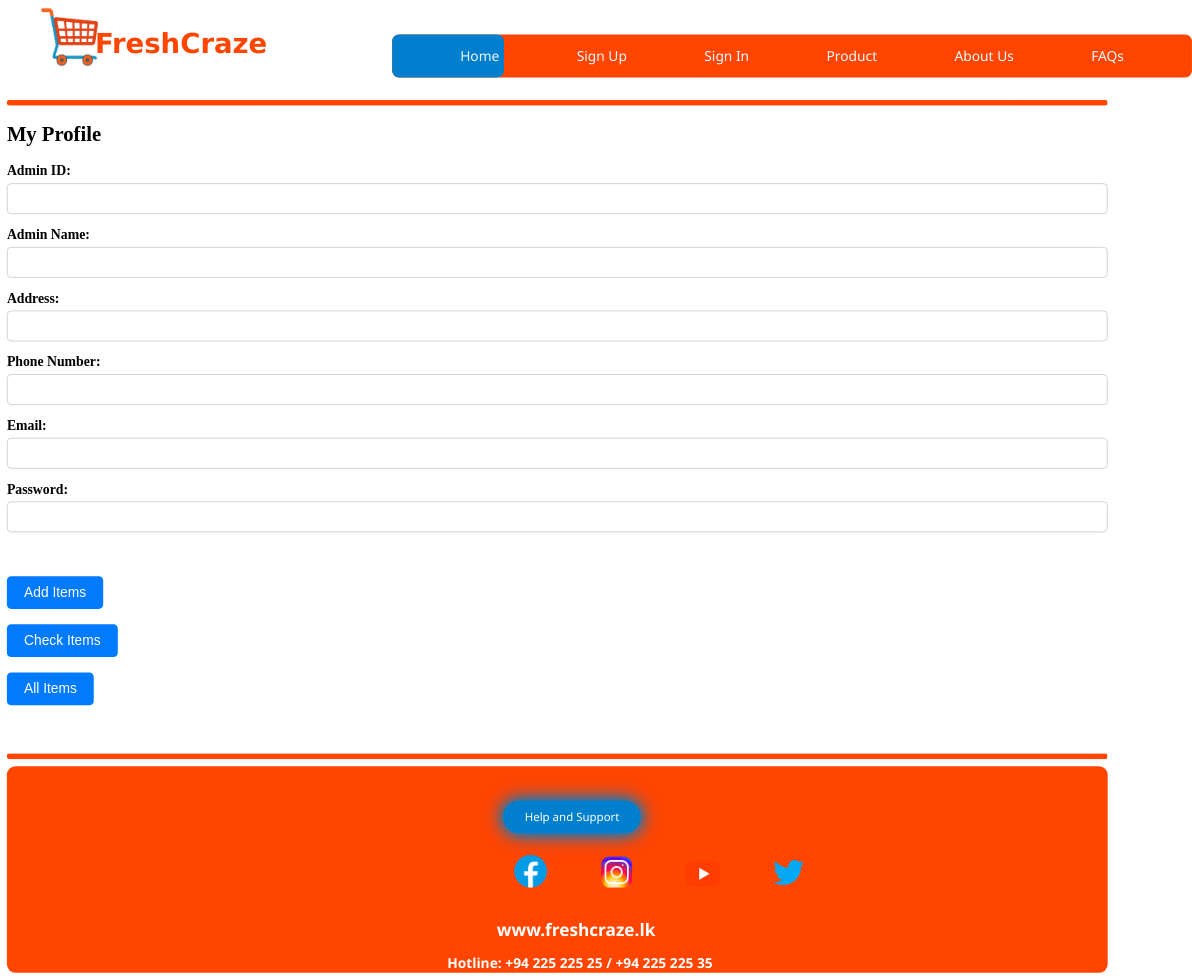
Repository: shanika2002/FreshCraze
Page: http://localhost/itemDem/profile.jsp
An editor plug-in stored every save of this project. The page is shown before and after the next save, followed by the edit.
The browser window is 1280 px wide. The page is 1386 px wide, so the pictures cover 1386 px, including what lies to the right of the window. The pictures show the whole page, at 86% of full size.
The page is served by Tomcat 9. The template is opened directly, without the code that normally fills it, so the values that code supplies are empty.

Above is the page before, as saved 2024-05-11 05:35:13.

After the next save:
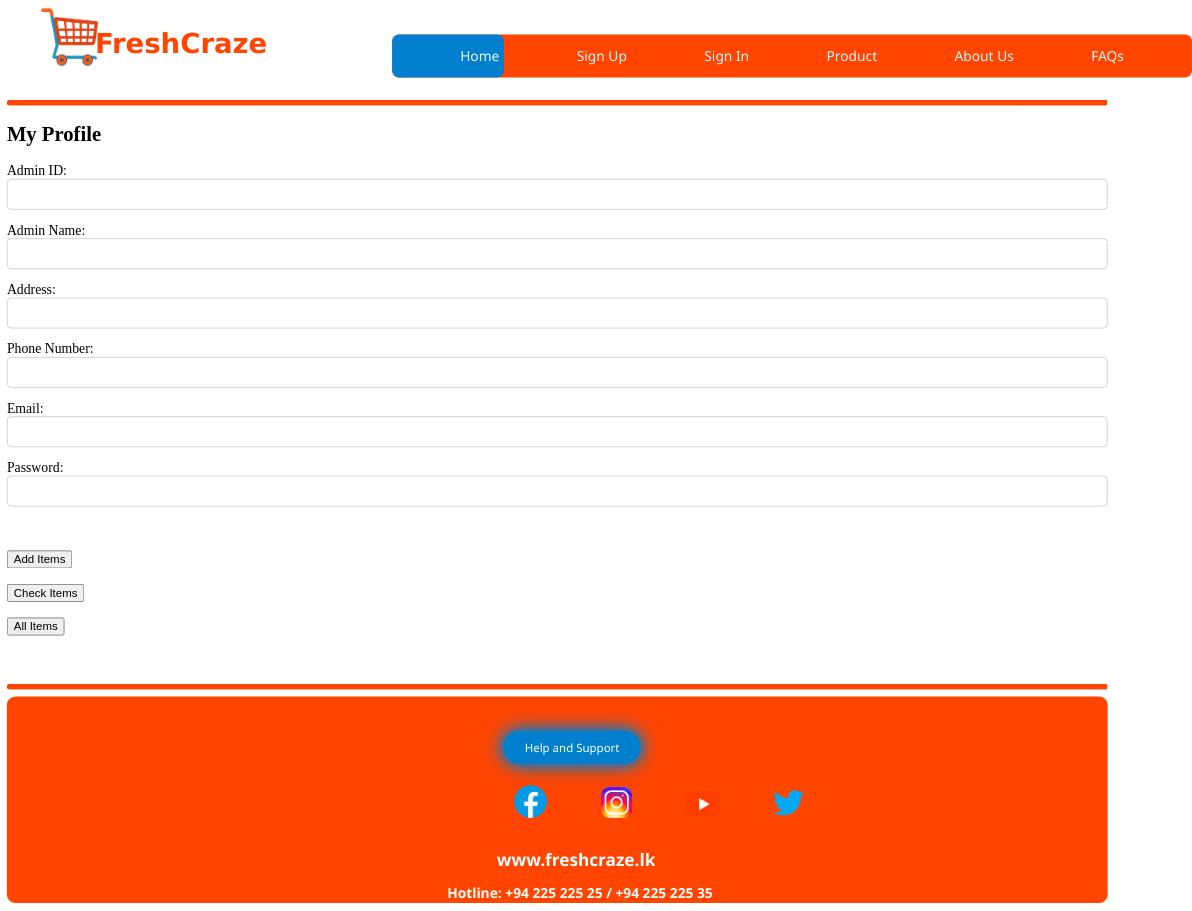
Saved 70 s later.
--- a/itemDem/src/main/webapp/css/profile.css
+++ b/itemDem/src/main/webapp/css/profile.css
@@ -143,7 +143,7 @@ nav a:nth-child(6):hover~span{
 }
 
 /* Style for labels */
-label {
+.label {
   display: block;
   margin-bottom: 5px;
   font-weight: bold;
@@ -163,7 +163,7 @@ input[type="password"] {
 }
 
 /* Style for buttons */
-button[type="submit"] {
+.button[type="submit"] {
   padding: 10px 20px;
   background-color: #007bff; /* Blue */
   color: white;
@@ -173,7 +173,7 @@ button[type="submit"] {
   font-size: 16px;
 }
 
-button[type="submit"]:hover {
+.button[type="submit"]:hover {
   background-color: #0056b3; /* Darker blue */
 }
 
